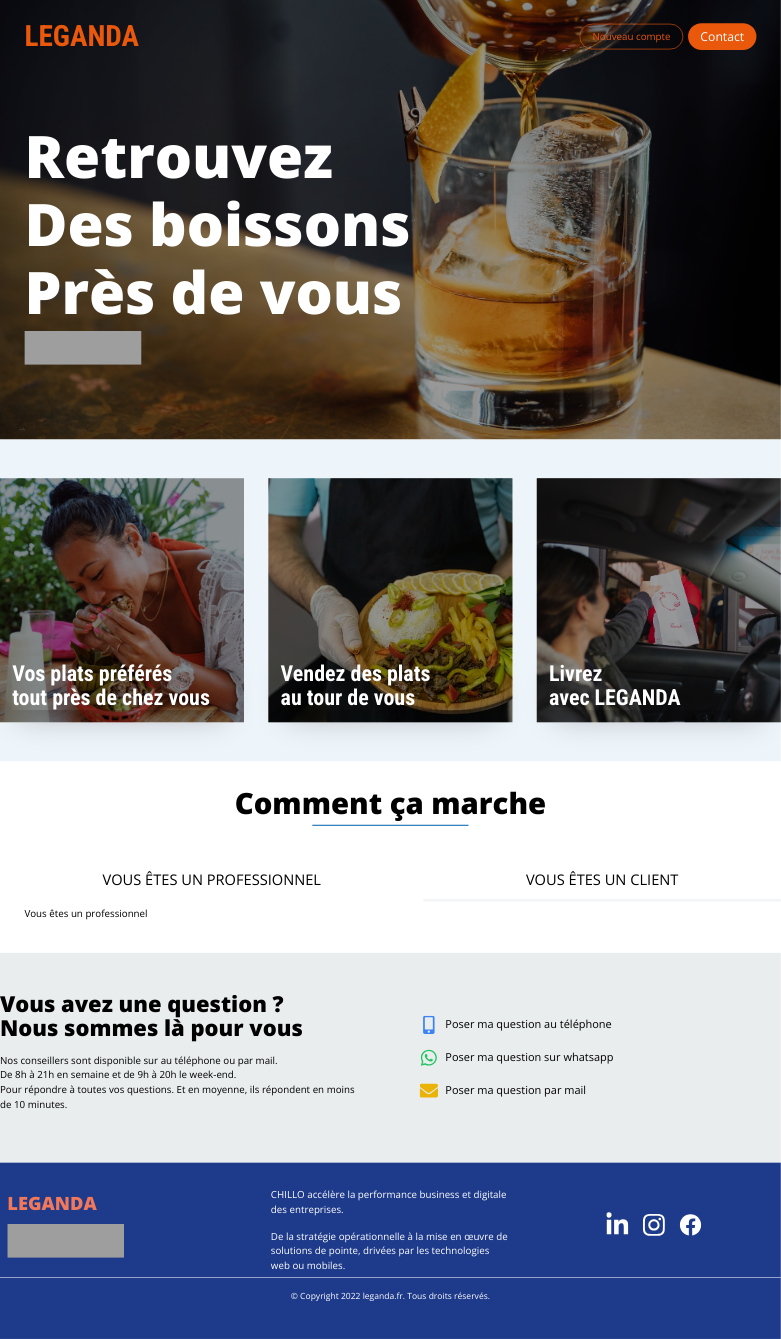
Repository: chillo-tech/website-leganda
Page: /
The author's editor kept a copy of each file at every save. The page is drawn from the files as they stood at one save, then again after the next save.
The browser window is 1280 px wide. The pictures show the whole page, at 61% of full size.
Pictures or frames that could not be fetched are drawn as grey boxes. The project was rebuilt for these pictures with package versions that can differ from the ones it lists, and the page was loaded fresh each time. Some packages were replaced by stand-ins written for this rebuild. The framework's server and built-in components were replaced by stand-ins that run in the browser. Also part of the build but not shown: next.config.js, components/header/items/SearchBar.tsx.

Above is the page before, as saved 2023-02-09 15:01:44.

After the next save:
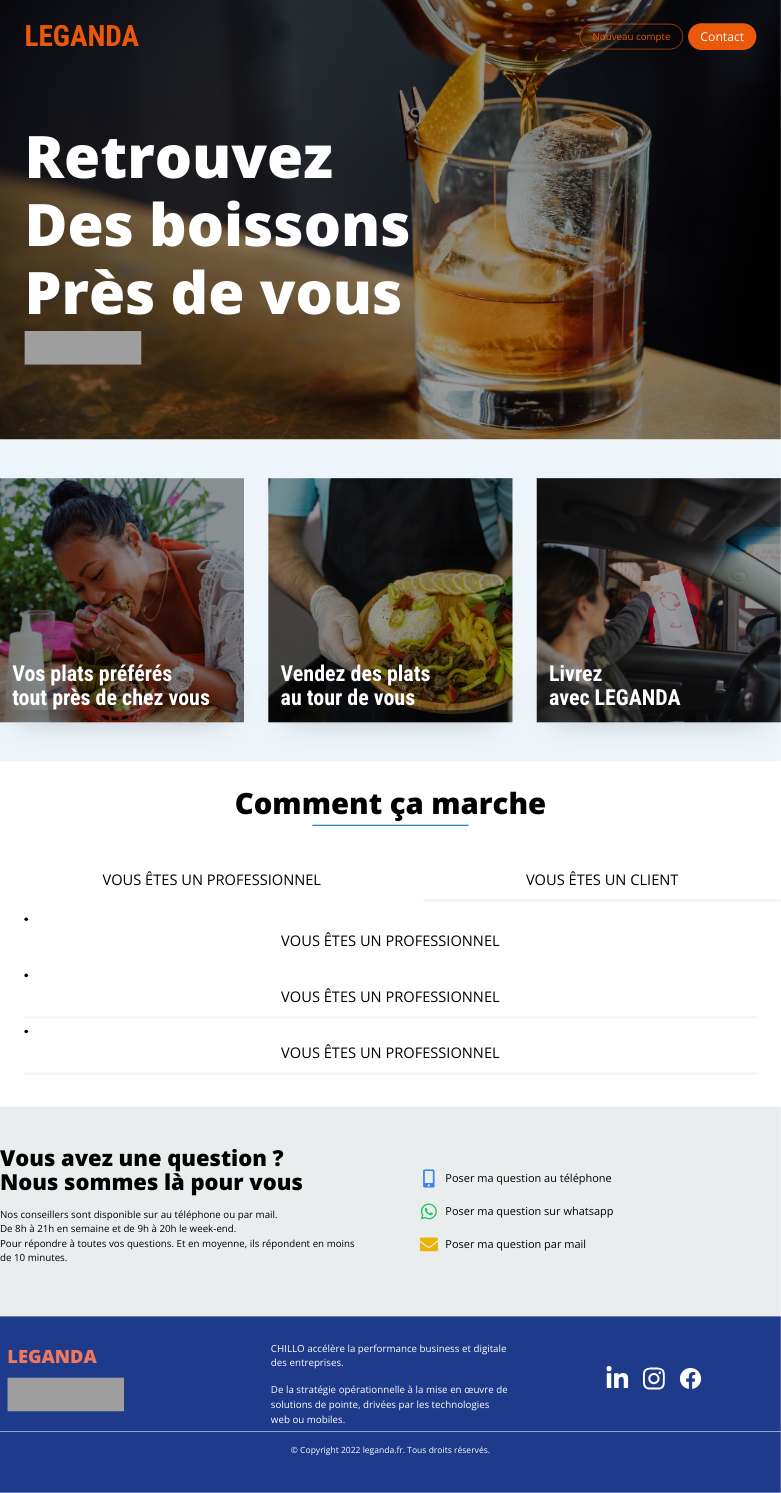
Saved 3 min 2 s later.
--- a/components/tabs/index.tsx
+++ b/components/tabs/index.tsx
@@ -31,7 +31,17 @@
                 { 'hidden': activeTab !== `tab-${index}` }
                 )
               }>
-            {item.label}
+             {item.infos.map((info: any, index: number) => (
+              <li key={`info-${index}`} className={
+                  classNames(
+                    'grow border-b-4 py-2',
+                    { 'bg-white border-white': activeTab === `tab-${index}` },
+                    { 'bg-white border-gray-100 bg-gray-100': activeTab !== `tab-${index}` }
+                    )
+                  }>
+                <button id={`tab-${index}`} type='button' className='uppercase w-full py-2 text-lg md:text-2xl' onClick={handleClick}>{item.label}</button>
+              </li>
+            ))}
           </section>
         ))}
     </section>
